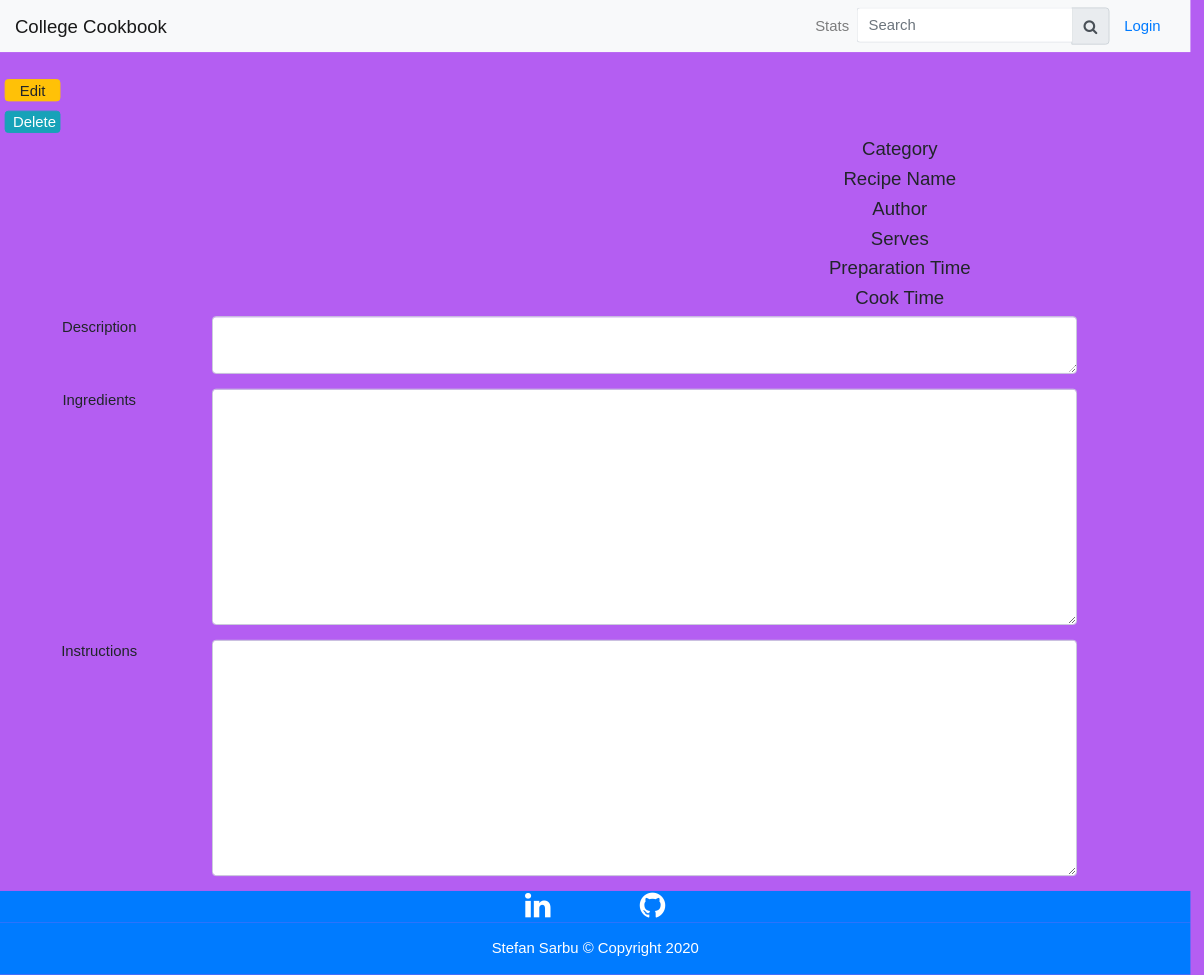
Repository: iiostefanos/college-cookbook
Page: templates/how_to.html
The author's editor kept a record of every edit. The page is drawn from the files as they stood at one moment, then again after the next edit.
The browser window is 1280 px wide. The page is 1295 px wide, so the pictures cover 1295 px, including what lies to the right of the window. The pictures show the whole page, at 93% of full size.
The page is served by the project's application, run on Flask 3 (app.py). The template is opened directly, without the code that normally fills it, so the values that code supplies are empty.

Above is the page before.

After the next edit:
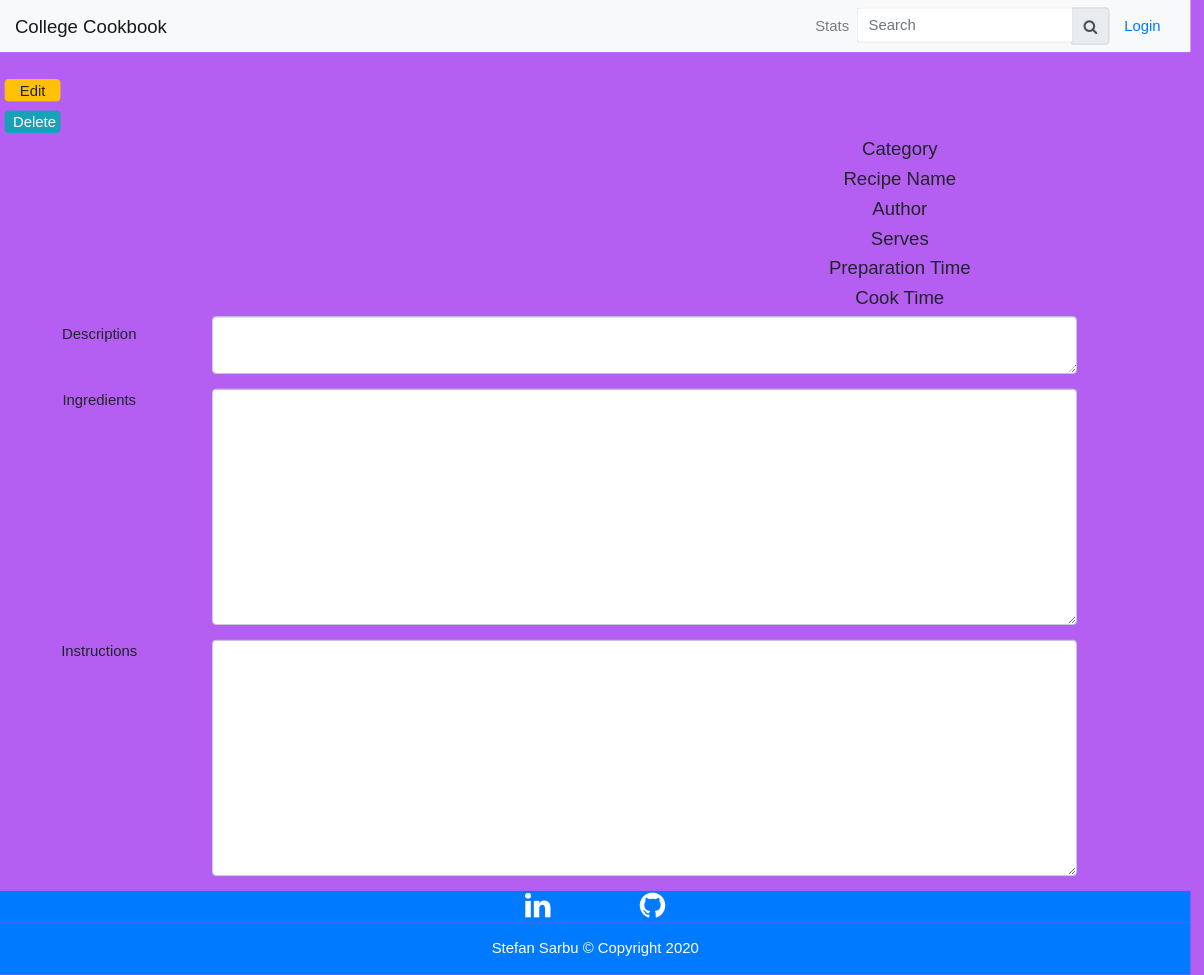
The edit:
--- a/templates/how_to.html
+++ b/templates/how_to.html
@@ -56,7 +56,7 @@
        <form class="form-horizontal">
        <div class="form-group ">
            <div class="row">
-          <label class="col-sm-2 control-label text-center">
+          <label class=" mt-2 col-sm-2 control-label text-center">
              Description
           </label>
           <div class="col-sm-9">
